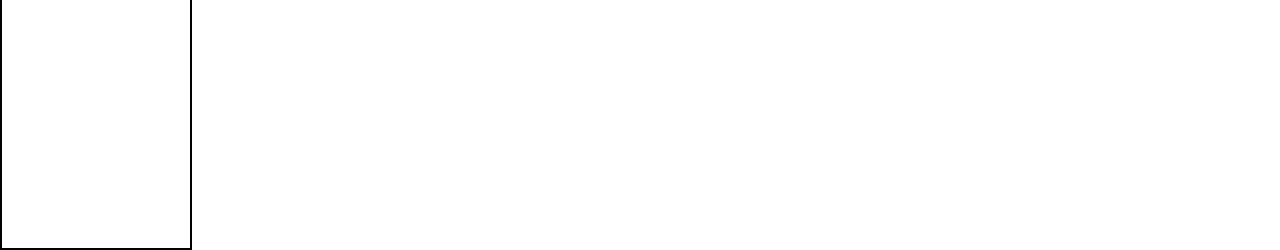
Repository: 0584386177/GiuaKyReactJs
Page: /
These files come from the project's save history. The page is drawn as it stood at one moment and after the next save; the edit follows.
The browser window is 1280 px wide. The pictures show the part of the page from y = 470 to 1422 px (the page is 720 px tall before and 4720 px after).
Pictures or frames that could not be fetched are drawn as grey boxes. The page's requests for data from a server got no answer. The project was rebuilt for these pictures with package versions that can differ from the ones it lists, and the page was loaded fresh each time. No one was signed in, and anything a server would have sent is missing.

Above is the page before, as saved 2023-10-16 15:42:12.

After the next save:
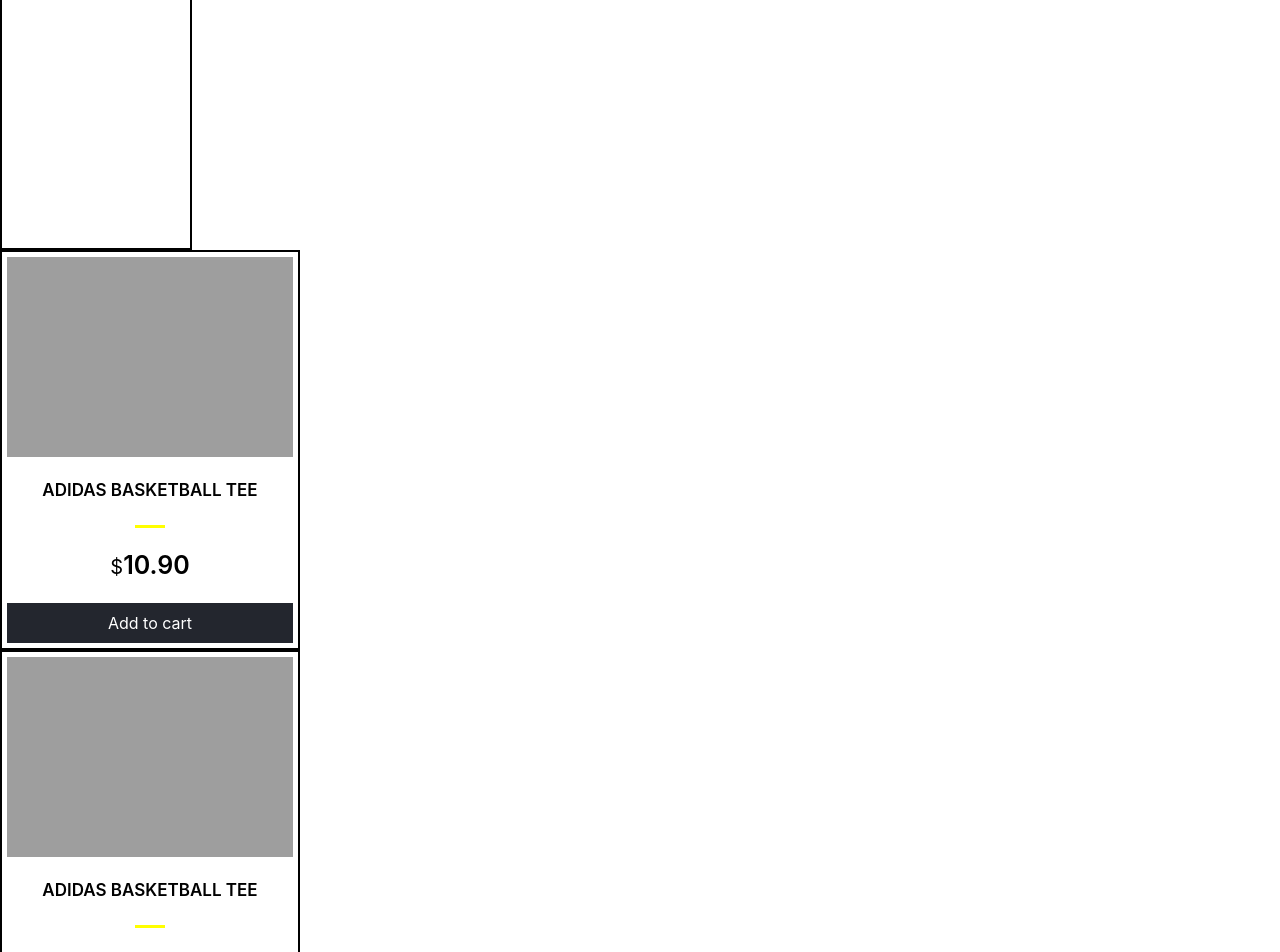
Saved 5 s later.
--- a/src/components/Page.jsx
+++ b/src/components/Page.jsx
@@ -14,7 +14,7 @@
     return (
         <div>
             <Sizes/>
-
+            <Products/>
         </div>
     );
 };
